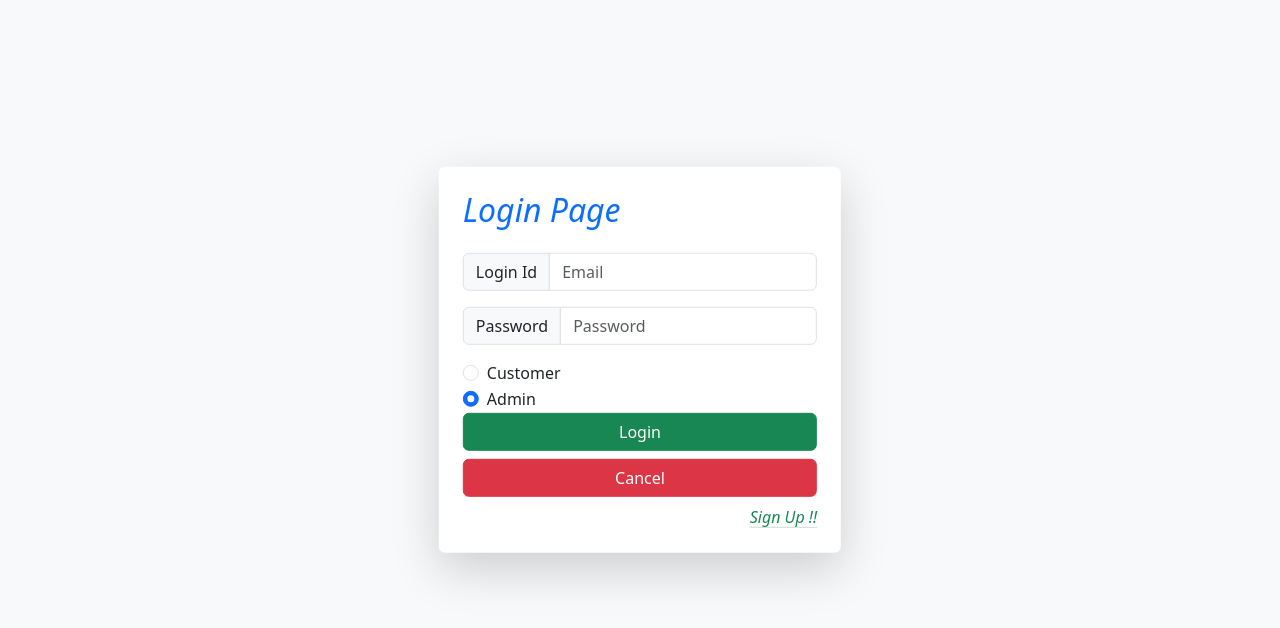
Repository: Niket-mishra/Dummy
Page: http://localhost/Mini-Project/Login.jsp
The author's editor kept a copy of each file at every save. The page is drawn from the files as they stood at one save, then again after the next save.
The browser window is 1280 px wide. The pictures show the whole page.
The page is served by Tomcat 10. Other server files are loaded and not shown.

Above is the page before, as saved 2024-05-07 16:44:18.

### Mini-Project/src/main/webapp/Login.jsp
<%@ page language="java" contentType="text/html; charset=ISO-8859-1"
    pageEncoding="ISO-8859-1"%>
<!DOCTYPE html>
<html>
<head>
<meta charset="ISO-8859-1">
<link href="https://cdn.jsdelivr.net/npm/bootstrap@5.3.3/dist/css/bootstrap.min.css" rel="stylesheet">
<title>Login Page</title>
<script src="https://cdn.jsdelivr.net/npm/bootstrap@5.3.3/dist/js/bootstrap.bundle.min.js"></script>
</head>
<body class = "bg-light">
<div class="position-absolute top-50 start-50 translate-middle  p-4 mb-5 rounded shadow-lg bg-white">
<h2 class ="mb-4 fst-italic text-primary">Login Page</h2>
<form action="LoginController">
<div class="input-group mb-3">
  <span class="input-group-text">Login Id</span>
  <input type="email" aria-label="Email" class="form-control" placeholder="Email" required>
</div>

<div class="input-group mb-3">
  <span class="input-group-text">Password</span>
  <input type="password" aria-label="password" class="form-control" placeholder="Password" required>
</div>

<div class="form-check">
  <input class="form-check-input" type="radio" name="customer" id="customer">
  <label class="form-check-label" for="customer">
  Customer
  </label>
</div>
<div class="form-check">
  <input class="form-check-input" type="radio" name="admin" id="admin" checked>
  <label class="form-check-label" for="admin">
    Admin
  </label>
</div>

<div class="vstack gap-2 col-md-12 mx-auto">
<input type ="submit" value ="Login" class="btn btn-success">
<input type ="reset" value ="Cancel" class = "btn btn-danger">
<a href="NewCustomer.jsp" class = "fst-italic align-bottom d-flex justify-content-end link-success link-offset-2 link-underline-opacity-25 link-underline-opacity-100-hover">Sign Up !!</a>
</div>

</form>
</div>
</body>
</html>

After the next save:
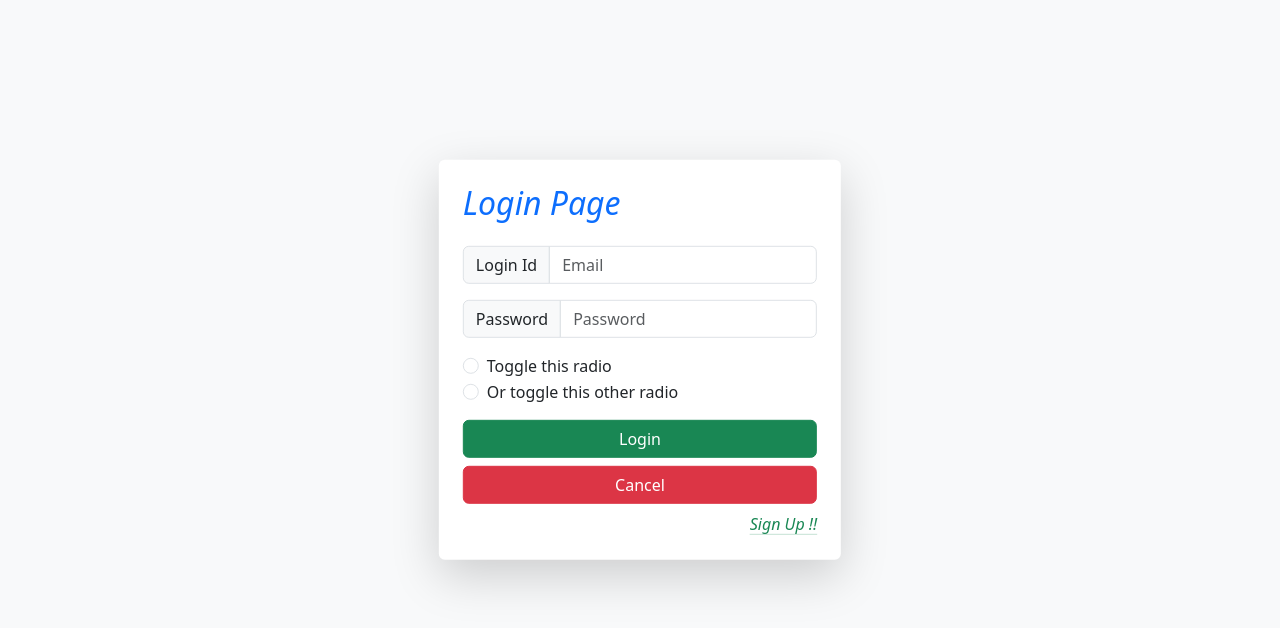
Saved 11 min 39 s later.
--- a/Mini-Project/src/main/webapp/Login.jsp
+++ b/Mini-Project/src/main/webapp/Login.jsp
@@ -22,18 +22,15 @@
   <input type="password" aria-label="password" class="form-control" placeholder="Password" required>
 </div>
 
-<div class="form-check">
-  <input class="form-check-input" type="radio" name="customer" id="customer">
-  <label class="form-check-label" for="customer">
-  Customer
-  </label>
-</div>
-<div class="form-check">
-  <input class="form-check-input" type="radio" name="admin" id="admin" checked>
-  <label class="form-check-label" for="admin">
-    Admin
-  </label>
-</div>
+  <div class="form-check">
+    <input type="radio" class="form-check-input" id="validationFormCheck2" name="radio-stacked" required>
+    <label class="form-check-label" for="validationFormCheck2">Toggle this radio</label>
+  </div>
+  <div class="form-check mb-3">
+    <input type="radio" class="form-check-input" id="validationFormCheck3" name="radio-stacked" required>
+    <label class="form-check-label" for="validationFormCheck3">Or toggle this other radio</label>
+    <div class="invalid-feedback">More example invalid feedback text</div>
+  </div>
 
 <div class="vstack gap-2 col-md-12 mx-auto">
 <input type ="submit" value ="Login" class="btn btn-success">
